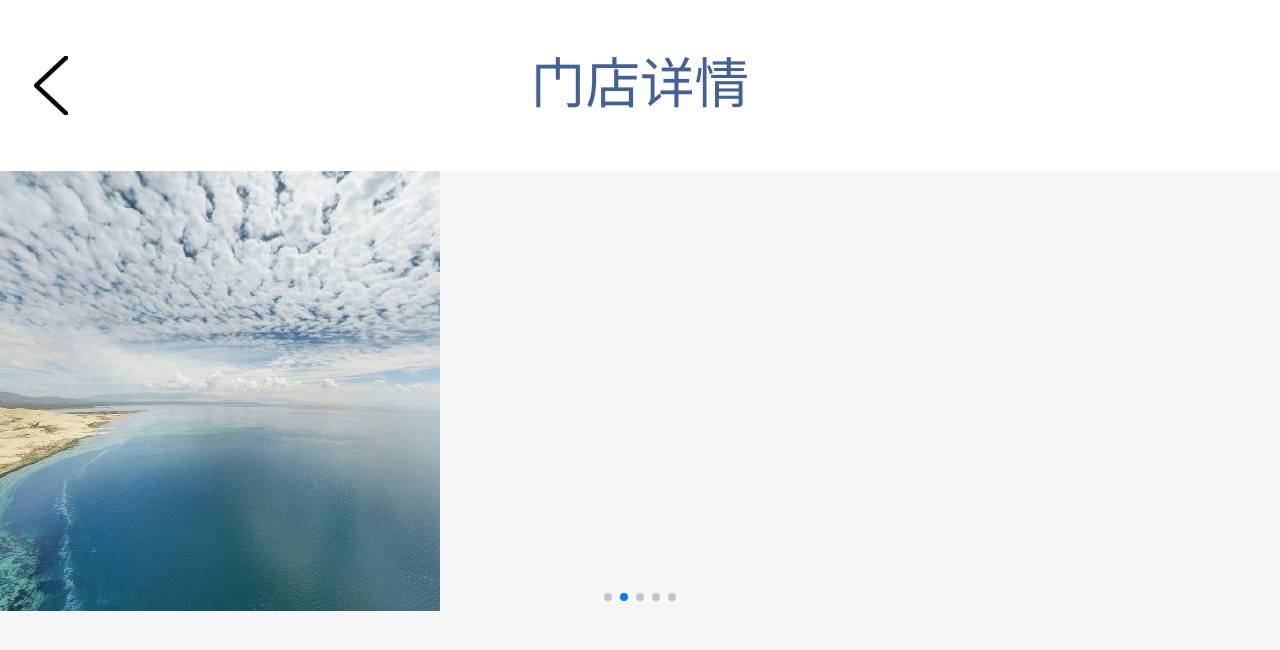
Repository: 421538074/sell
Page: consumer/shop-detail.html
An editor plug-in stored every save of this project. The page is shown before and after the next save, followed by the edit.
The browser window is 1280 px wide. The pictures show the whole page.

Above is the page before, as saved 2019-06-03 10:44:17.

### consumer/shop-detail.html
<!DOCTYPE html>
<html lang="en">

<head>
    <meta charset="UTF-8">
    <meta name="viewport" content="width=device-width, initial-scale=1.0">
    <meta http-equiv="X-UA-Compatible" content="ie=edge">
    <title>门店详情</title>
    <link rel="stylesheet" href="../css/swiper.min.css">
    <link rel="stylesheet" href="../css/base.css">
    <link rel="stylesheet" href="css/common.css">
    <link rel="stylesheet" href="css/shop-detail.css">
</head>

<body>
    <div id="app" class="content">
        <nav class="nav-bar-wrapper">
            <img @click="back" src="../img/back.png" class="back-icon">
            <p class="nav-bar-title">门店详情</p>
        </nav>
        <!-- swiper轮播图 -->
        <div class="swiper-container show-img-wrapper">
            <div class="swiper-wrapper">
                <div class="swiper-slide" v-for="item in 5">
                    <img src="../img/1.jpg" class="slide-img" alt="">
                </div>
            </div>
            <div class="swiper-pagination"></div>
        </div>
    </div>
    <script src="../js/api.js"></script>
    <script src="../js/jquery.min.js"></script>
    <script src="../js/swiper.min.js"></script>
    <script src="../js/vue.js"></script>
    <script src="js/vue-mixin.js"></script>
    <script src="js/shop-detail.js"></script>
</body>

</html>

### css/base.css
/* http://meyerweb.com/eric/tools/css/reset/
   v2.0 | 20110126
   License: none (public domain)
*/

html,
body,
div,
span,
applet,
object,
iframe,
h1,
h2,
h3,
h4,
h5,
h6,
p,
blockquote,
pre,
a,
abbr,
acronym,
address,
big,
cite,
code,
del,
dfn,
em,
img,
ins,
kbd,
q,
s,
samp,
small,
strike,
strong,
sub,
sup,
tt,
var,
b,
u,
i,
center,
dl,
dt,
dd,
ol,
ul,
li,
fieldset,
form,
label,
legend,
table,
caption,
tbody,
tfoot,
thead,
tr,
th,
td,
article,
aside,
canvas,
details,
embed,
figure,
figcaption,
footer,
header,
hgroup,
menu,
nav,
output,
ruby,
section,
summary,
time,
mark,
audio,
video {
    margin: 0;
    padding: 0;
    border: 0;
    font-size: 100%;
    font: inherit;
    vertical-align: baseline;
}

/* HTML5 display-role reset for older browsers */
article,
aside,
details,
figcaption,
figure,
footer,
header,
hgroup,
menu,
nav,
section {
    display: block;
}

body {
    line-height: 1;
}

ol,
ul {
    list-style: none;
}

blockquote,
q {
    quotes: none;
}

blockquote:before,
blockquote:after,
q:before,
q:after {
    content: '';
    content: none;
}

table {
    border-collapse: collapse;
    border-spacing: 0;
}


body,
html {
    font-size: calc(100vw / 37.5) !important;
    font-family: PingFangSC-Medium;
    background: #F2F2F2;
}


[v-cloak] {
    display: none;
}


hr {
    margin: 0;
    padding: 0;
}

.clearfix {
    zoom: 1;
}

.clearfix:after {
    content: ".";
    display: block;
    visibility: hidden;
    height: 0;
    clear: both;
}

[v-cloak] {
    display: none;
}

### consumer/css/common.css
*{
    box-sizing: border-box;
}
html,body{
    background: #f6f6f6;
}
html,body,div.content{
    height: 100%;
}
/*底部菜单栏*/
nav.tool-bar-wrapper {
    height: 5rem;
    background: #ffffff;
    display: flex;
    align-items: center;
    justify-content: space-around;
}
a.nav-item {
    color: #888888;
    text-decoration: none;
    font-size: 1.5rem;
    display: flex;
    flex-direction: column;
    align-items: center;
    justify-content: space-around;
    height: 90%;
}
a.nav-item.active{
    color: #0093FF;
}
img.nav-item-icon{
    width: 1.5rem;
    height: 1.5rem;
}
.ellipsis{
    overflow: hidden;
    white-space: nowrap;
    text-overflow: ellipsis;
}
/*顶部返回栏 */
nav.nav-bar-wrapper {
    background: #FFFFFF;
    height: 5rem;
    display: flex;
    align-items: center;
    justify-content: space-around;
    position: fixed;
    width: 100%;
    top: 0;
    z-index: 2;
    font-size: 1.6rem;
    color: #426196;
}
img.back-icon {
    position: absolute;
    width: 1rem;
    left: 1rem;
}

### consumer/css/shop-detail.css
div.content{
    padding-top: 5rem;
}

### js/api.js
function getUrlKey(name) {
    return decodeURIComponent((new RegExp('[?|&]' + name + '=' + '([^&;]+?)(&|#|;|$)').exec(location.href) || [, ""])[1].replace(/\+/g, '%20')) || null;
}


// window.warn = {
//     alert: function alert(msg) {
//         var template = `
// `
//         $('body').append(template);
//         $('.alert-body').animate({
//             top: "40px"
//         }, 200);
//         // setTimeout(function () {
//         //     warn.close();
//         // }, 1500);
//     },
//     close: function close() {
//         $('.alert-body').animate({
//             top: "-280px"
//         }, 200);
//         setTimeout(function () {
//             $('#alert-msg').remove();
//         }, 200);
//     }
// };

### consumer/js/vue-mixin.js
Vue.mixin({
    methods: {
        /**
         * 返回
         */
        back() {
            history.go(-1);
        },
        /**
         * 限制长度
         * @param {String} 要限制长度的字段
         * @param {Number} 长度
         */
        limitLength(key, length) {
            this[key] = this[key].substring(0, length);
        },
        /**
         * 验证11位手机号
         * @param {Number} phone
         */
        validatePhone(phone) {
            const phoneReg = /^[1-9][0-9]{9}[0-9]$/;
            return phoneReg.test(phone);
        },
        /**
         * 发送手机验证码
         * @param {Number} waitTimeKey 等待时间键名
         * @param {String} tipsKey 发送验证码显示的信息的键名
         * @param {String} phoneKey 手机号键名
         * @param {String} reSendMsg  按钮默认显示的文字
         */
        sendCode(waitTimeKey, tipsKey, phoneKey, defaultMsg) {
            if (!this.validatePhone(this[phoneKey])) {
                alert('无效手机号!');
                return;
            }
            if (this[waitTimeKey] == 60) {
                $.post('', {
                        phone: this[phoneKey]
                    }, (res) => {
                        if (res.status == 1) {
                            const interval = setInterval(() => {
                                if (this[waitTimeKey] == 1) {
                                    this[waitTimeKey] = 60;
                                    this[tipsKey] = defaultMsg;
                                    clearInterval(interval);
                                    return;
                                }
                                this[waitTimeKey] -= 1;
                                this[tipsKey] = `${this[waitTimeKey]}s`;
                            }, 1000);
                        } else {
                            alert('发送失败!');
                        }
                    }, 'json')
                    .fail(err => {
                        alert('服务器异常!');
                    });
            }
        },
        /**
         * 链接跳转
         * @param {String} url
         */
        linkTo(url) {
            window.location.href = url;
        }
    },
    filters: {

    }
})

### consumer/js/shop-detail.js
new Vue({
    el:'#app',
    data() {
        return {

        }
    },
    methods: {
        // 初始化轮播组件
        initSwiper(el) {
            new Swiper(el, {
                slidesPerView: 1,
                spaceBetween: 30,
                loop: true,
                autoplay: {
                    delay: 2500,
                    disableOnInteraction: false,
                },
                observer: true, //修改swiper自己或子元素时，自动初始化swiper
                observeParents: true, //修改swiper的父元素时，自动初始化swiper
                pagination: {
                    el: '.swiper-pagination',
                }
            });
        }
    },
    mounted() {
        this.$nextTick(() => {
            this.initSwiper('.show-img-wrapper');
        })
    },
});

Loaded but not shown: css/swiper.min.css (library); js/jquery.min.js (library); js/swiper.min.js (library); js/vue.js (library)

After the next save:
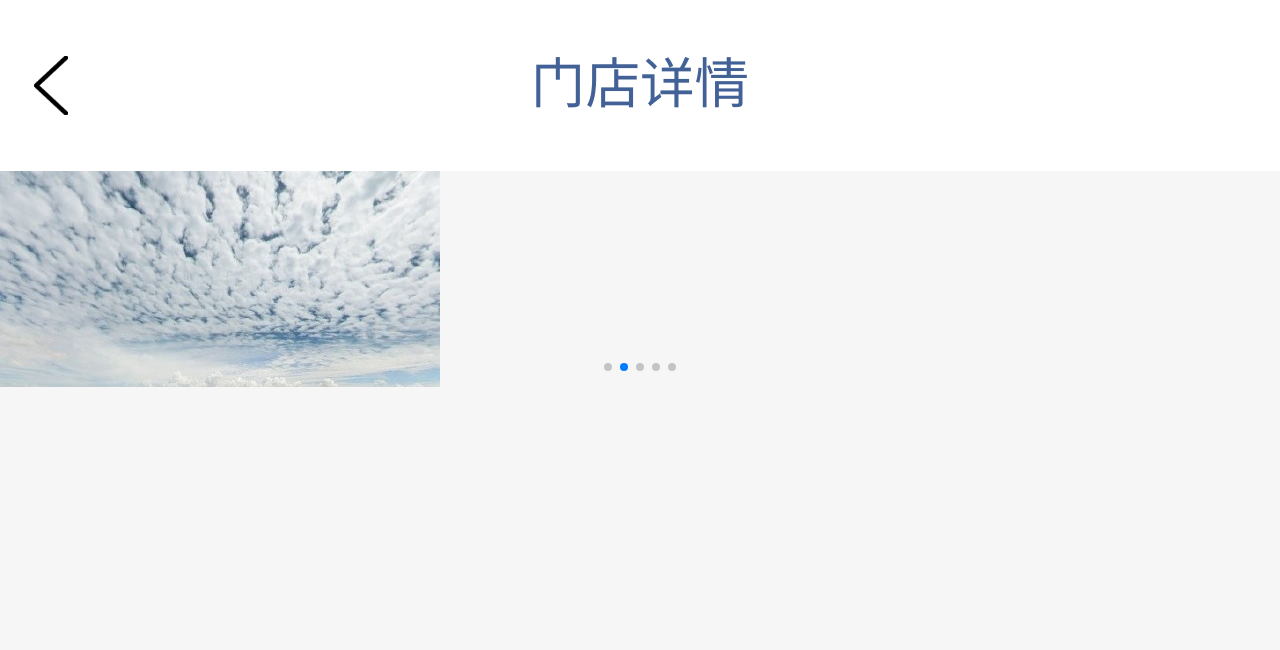
Saved 5 s later.
--- a/consumer/css/shop-detail.css
+++ b/consumer/css/shop-detail.css
@@ -1,3 +1,7 @@
 div.content{
     padding-top: 5rem;
 }
+.show-img-wrapper {
+    height: 30vh;
+    max-height: 30vh;
+}
